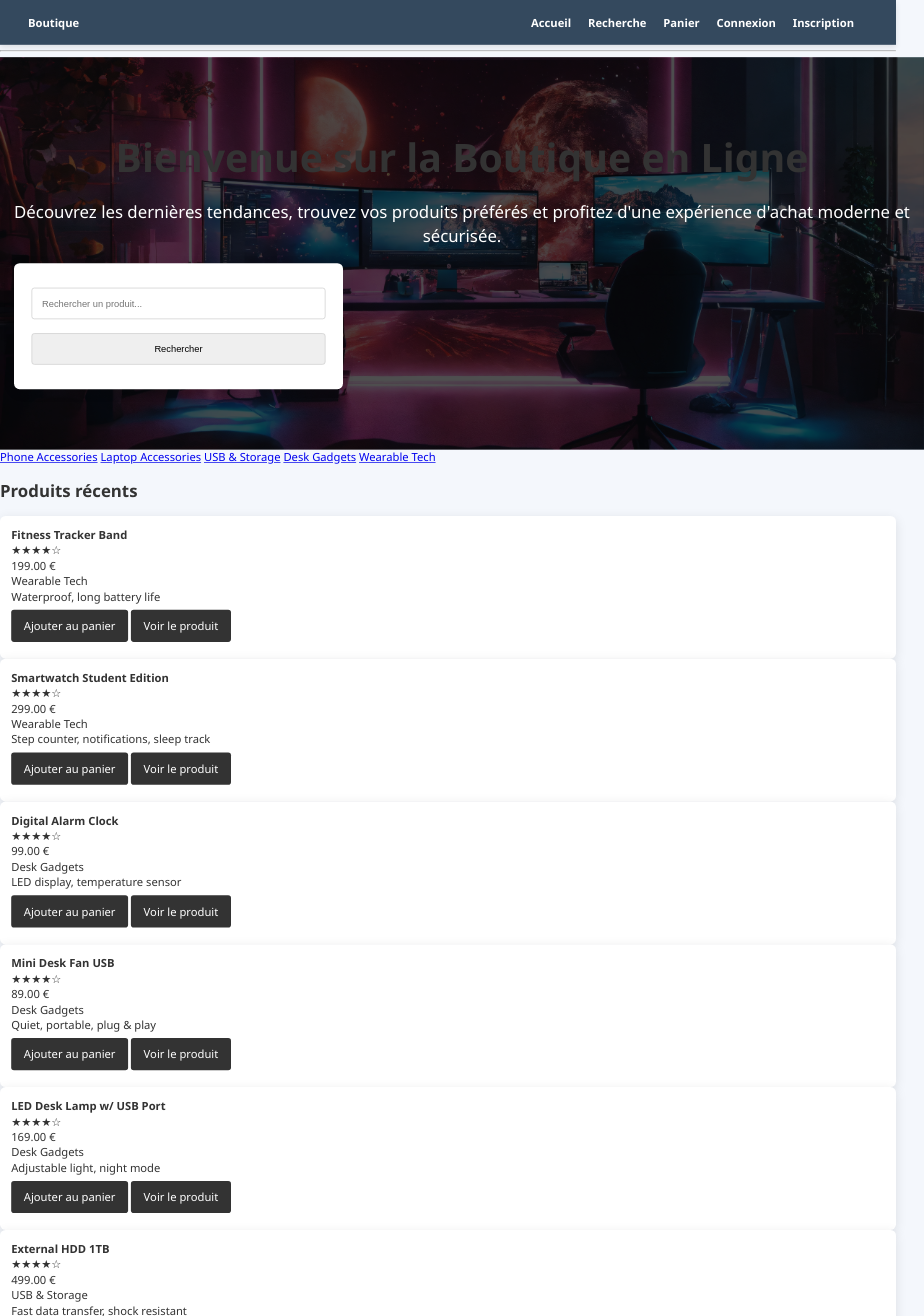
Repository: kiraj-walid/ecomerce
Page: http://localhost/
An editor plug-in stored every save of this project. The page is shown before and after the next save, followed by the edit.
The browser window is 1280 px wide. The page is 1320 px wide, so the pictures cover 1320 px, including what lies to the right of the window. The pictures show the part of the page from y = 0 to 1880 px (the page is 2527 px tall before and 1519 px after), at 70% of full size.
The page is run by PHP 8.4 with error messages shown; the project is at /var/www/html/. The database holds what the project's SQL file puts in it. Queries for data that is not in the repository find no rows.

Above is the page before, as saved 2025-05-07 15:01:16.

### index.php
<?php
require_once 'includes/db.php';
require_once 'includes/functions.php';
include 'includes/header.php';

// Récupérer les 8 derniers produits
$products = $pdo->query('SELECT * FROM produits ORDER BY id DESC LIMIT 8')->fetchAll();

// Fetch categories for quick filters
$categories = $pdo->query("SELECT DISTINCT categorie FROM produits WHERE categorie IS NOT NULL AND categorie != ''")->fetchAll(PDO::FETCH_COLUMN);
?>

<div class="hero-section">
    <img src="assets/images/landingpage.webp" alt="Boutique en Ligne" class="hero-bg-img">
    <div class="hero-overlay"></div>
    <div class="hero-content">
        <div class="hero-text">
            <h1>Bienvenue sur la Boutique en Ligne</h1>
            <p>Découvrez les dernières tendances, trouvez vos produits préférés et profitez d'une expérience d'achat moderne et sécurisée.</p>
        </div>
        <div class="hero-search">
            <form action="search.php" method="GET">
                <input type="text" name="q" placeholder="Rechercher un produit..." class="search-input">
                <button type="submit" class="hero-btn">Rechercher</button>
            </form>
        </div>
    </div>
</div>

<?php if (!empty($categories)) : ?>
<div class="category-filters">
    <?php foreach ($categories as $cat) : ?>
        <a href="search.php?category=<?= urlencode($cat) ?>" class="category-card"><?= htmlspecialchars($cat) ?></a>
    <?php endforeach; ?>
</div>
<?php endif; ?>

<h2 class="recent-products-title">Produits récents</h2>

<?php if (count($products) === 0) : ?>
    <p class="no-products">Aucun produit disponible.</p>
<?php else : ?>
    <div class="product-listing">
    <?php foreach ($products as $prod) : ?>
        <div class="product-card">
            <?php
            $stmt_imgs = $pdo->prepare('SELECT image FROM images_produit WHERE produit_id = ?');
            $stmt_imgs->execute([$prod['id']]);
            $images = $stmt_imgs->fetchAll(PDO::FETCH_COLUMN);
            ?>
            <div class="product-gallery">
                <?php if ($images && count($images) > 0): ?>
                    <span onclick="prevImg(<?= $prod['id'] ?>)" class="gallery-arrow gallery-arrow-left">
                        <svg width="24" height="24" viewBox="0 0 24 24"><polyline points="15 18 9 12 15 6" fill="none" stroke="#333" stroke-width="2" stroke-linecap="round" stroke-linejoin="round"/></svg>
                    </span>
                    <img src="assets/images/<?= htmlspecialchars($images[0]) ?>" alt="<?= htmlspecialchars($prod['nom']) ?>" id="main-img-<?= $prod['id'] ?>">
                    <span onclick="nextImg(<?= $prod['id'] ?>)" class="gallery-arrow gallery-arrow-right">
                        <svg width="24" height="24" viewBox="0 0 24 24"><polyline points="9 6 15 12 9 18" fill="none" stroke="#333" stroke-width="2" stroke-linecap="round" stroke-linejoin="round"/></svg>
                    </span>
                    <?php if (count($images) > 1): ?>
                        <script>
                        var imgs<?= $prod['id'] ?> = <?= json_encode($images) ?>;
                        var idx<?= $prod['id'] ?> = 0;
                        function nextImg(pid) {
                            if (window['idx'+pid] < window['imgs'+pid].length-1) window['idx'+pid]++;
                            else window['idx'+pid]=0;
                            document.getElementById('main-img-'+pid).src = 'assets/images/' + window['imgs'+pid][window['idx'+pid]];
                        }
                        function prevImg(pid) {
                            if (window['idx'+pid] > 0) window['idx'+pid]--;
                            else window['idx'+pid]=window['imgs'+pid].length-1;
                            document.getElementById('main-img-'+pid).src = 'assets/images/' + window['imgs'+pid][window['idx'+pid]];
                        }
                        window['imgs'+<?= $prod['id'] ?>] = imgs<?= $prod['id'] ?>;
                        window['idx'+<?= $prod['id'] ?>] = 0;
                        </script>
                    <?php endif; ?>
                <?php endif; ?>
            </div>
            <strong><?= htmlspecialchars($prod['nom']) ?></strong><br>
            <div class="product-rating">★★★★☆</div>
            <span><?= number_format($prod['prix'], 2) ?> €</span><br>
            <span><?= htmlspecialchars($prod['categorie']) ?></span><br>
            <div class="product-desc">
                <?= htmlspecialchars(mb_strimwidth($prod['description'], 0, 80, '...')) ?>
            </div>
            <a href="cart.php?add=<?= $prod['id'] ?>" class="add-to-cart-btn">Ajouter au panier</a>
            <a href="product.php?id=<?= $prod['id'] ?>" class="product-details-btn">Voir le produit</a>
        </div>
    <?php endforeach; ?>
    </div>
<?php endif; ?>

<?php include 'includes/footer.php'; ?>

### includes/db.php
<?php
// Connexion à la base de données
$host = 'localhost';
$db   = 'boutique';
$user = 'root';
$pass = '';
$charset = 'utf8mb4';

$dsn = "mysql:host=$host;dbname=$db;charset=$charset";
$options = [
    PDO::ATTR_ERRMODE            => PDO::ERRMODE_EXCEPTION,
    PDO::ATTR_DEFAULT_FETCH_MODE => PDO::FETCH_ASSOC,
    PDO::ATTR_EMULATE_PREPARES   => false,
];
try {
     $pdo = new PDO($dsn, $user, $pass, $options);
} catch (PDOException $e) {
     exit('Erreur de connexion à la base de données : ' . $e->getMessage());
}

### includes/functions.php
<?php
session_start();

function is_logged_in() {
    return isset($_SESSION['user_id']);
}

function is_admin() {
    return isset($_SESSION['role']) && $_SESSION['role'] === 'admin';
}

function redirect($url) {
    header('Location: ' . $url);
    exit();
}

### includes/header.php
<?php
require_once __DIR__ . '/functions.php';
?>
<!DOCTYPE html>
<html lang="fr">
<head>
    <meta charset="UTF-8">
    <title>Boutique en Ligne</title>
    <link rel="stylesheet" href="assets/css/style.css">
</head>
<body>
<nav class="navbar">
    <div class="navbar-container">
        <a href="index.php" class="navbar-logo">Boutique</a>
        <div class="navbar-links">
            <a href="index.php">Accueil</a>
            <a href="search.php">Recherche</a>
            <a href="cart.php">Panier</a>
            <?php if (is_logged_in()): ?>
                <?php if (is_admin()): ?>
                    <a href="admin/dashboard.php">Admin</a>
                <?php else: ?>
                    <a href="profile.php">Mon Profil</a>
                <?php endif; ?>
                <a href="logout.php" class="logout">Déconnexion</a>
            <?php else: ?>
                <a href="login.php">Connexion</a>
                <a href="register.php">Inscription</a>
            <?php endif; ?>
        </div>
    </div>
</nav>
<hr>

### includes/footer.php
<hr>
<footer>
    <p>&copy; <?php echo date('Y'); ?> Boutique en Ligne</p>
</footer>
</body>
</html>

### assets/css/style.css
body {
    font-family: 'Segoe UI', sans-serif;
    background-color: #f4f7fc; /* Slightly lighter background */
    margin: 0;
    padding: 0;
    overflow-x: hidden;
    color: #333;
  }

  nav {
    background-color: #2c3e50; /* Darker navbar for contrast */
    color: #fff;
    padding: 15px;
    box-shadow: 0 4px 8px rgba(0, 0, 0, 0.1);
  }

  nav a {
    color: #fff;
    margin-right: 20px;
    text-decoration: none;
    font-weight: 600;
    transition: color 0.3s ease;
  }

  nav a:hover {
    color: #f39c12; /* Gold highlight on hover */
  }

  h1, h2 {
    color: #333;
  }

  form {
    background-color: #fff;
    padding: 25px;
    margin: 20px 0;
    border-radius: 8px;
    max-width: 420px;
    box-shadow: 0px 4px 16px rgba(0, 0, 0, 0.1);
  }

  input, button {
    margin: 10px 0;
    padding: 14px;
    width: 100%;
    box-sizing: border-box;
    border-radius: 4px;
    border: 1px solid #ccc;
  }

  footer {
    text-align: center;
    color: #888;
    font-size: 0.9em;
    margin: 40px 0;
    padding: 10px;
    background-color: #2c3e50;
    color: #fff;
  }

  .navbar {
    background-color: #34495e;
    color: #fff;
    padding: 0;
    box-shadow: 0px 4px 8px rgba(0, 0, 0, 0.1);
  }

  .navbar-container {
    max-width: 1200px;
    margin: 0 auto;
    display: flex;
    align-items: center;
    justify-content: space-between;
    padding: 0 24px;
    height: 64px;
  }

  .hero-section {
    position: relative;
    width: 100%;
    min-height: 480px;
    display: flex;
    align-items: center;
    justify-content: center;
    background-color: #1a1d21;
    color: #fff;
    padding: 40px 20px;
    text-align: center;
  }

  .hero-bg-img {
    position: absolute;
    width: 100%;
    height: 100%;
    object-fit: cover;
    z-index: 1;
    opacity: 0.75;
  }

  .hero-overlay {
    position: absolute;
    width: 100%;
    height: 100%;
    background-color: rgba(0, 0, 0, 0.6);
    z-index: 2;
  }

  .hero-content {
    position: relative;
    z-index: 3;
  }

  .hero-text h1 {
    font-size: 3.5em;
    margin-bottom: 16px;
    font-weight: bold;
  }

  .hero-text p {
    font-size: 1.5em;
    margin-bottom: 24px;
  }

  /* .hero-search {
    display: flex;
    align-items: center;
    background-color: #fff;
    border-radius: 50px;
    box-shadow: 0 2px 12px rgba(0, 0, 0, 0.1);
    width: 80%;
    max-width: 600px;
    margin: 16px auto;
    padding: 6px;
  }

  .hero-search input {
    flex: 1;
    padding: 14px 20px;
    border: none;
    border-radius: 50px 0 0 50px;
    outline: none;
    font-size: 1.1em;
    font-weight: 600;
  }

  .hero-search button {
    padding: 14px 30px;
    border: none;
    background-color: #f39c12; /* Bright yellow button */
    color: #fff;
    border-radius: 0 50px 50px 0;
    cursor: pointer;
    font-weight: bold;
    font-size: 1.1em;
  }

  .hero-search button:hover {
    background-color: #e67e22;
  } */

  .product-listing {
    display: grid;
    grid-template-columns: repeat(auto-fill, minmax(280px, 1fr));
    gap: 30px;
    padding: 20px;
  }

  .product-card {
    background-color: #fff;
    padding: 16px;
    border-radius: 8px;
    box-shadow: 0px 4px 16px rgba(0, 0, 0, 0.1);
    transition: transform 0.3s ease, box-shadow 0.3s ease;
  }

  .product-card:hover {
    transform: translateY(-6px);
    box-shadow: 0px 8px 24px rgba(0, 0, 0, 0.15);
  }

  .product-gallery img {
    width: 100%;
    height: auto;
    border-radius: 6px;
    margin-bottom: 8px;
  }

  .add-to-cart-btn, .product-details-btn {
    display: inline-block;
    padding: 12px 18px;
    margin: 8px 0;
    background-color: #333;
    color: #fff;
    text-decoration: none;
    border-radius: 4px;
    transition: background-color 0.3s ease;
  }

  .add-to-cart-btn:hover, .product-details-btn:hover {
    background-color: #555;
  }

  /* Responsive adjustments */
  @media screen and (max-width: 768px) {
    .navbar-container {
      flex-direction: column;
      align-items: flex-start;
    }

    .hero-text h1 {
      font-size: 2.5em;
    }

    .hero-text p {
      font-size: 1.2em;
    }

    .hero-search {
      flex-direction: column;
      width: 100%;
    }

    .hero-search input, .hero-search button {
      width: 100%;
      margin-bottom: 10px;
    }
  }

### sql/schema.sql (the tables this page reads)
CREATE TABLE IF NOT EXISTS produits (
    id INT AUTO_INCREMENT PRIMARY KEY,
    nom VARCHAR(100),
    description TEXT,
    prix DECIMAL(10,2),
    categorie VARCHAR(50),
    image VARCHAR(255)
);

INSERT INTO produits (nom, prix, description, categorie) VALUES
('Silicone Phone Case', 39, 'Ultra-thin, shockproof, multiple colors', 'Phone Accessories'),
('Wireless Earbuds', 129, 'Bluetooth 5.0, 4h battery life', 'Phone Accessories'),
('Magnetic Phone Holder', 49, 'For car or desk, 360° rotation', 'Phone Accessories'),
('Fast Charging Cable (Type-C)', 29, 'Braided, durable, 1.5m length', 'Phone Accessories');

INSERT INTO produits (nom, prix, description, categorie) VALUES
('Laptop Cooling Pad', 139, '5 silent fans, adjustable tilt angles', 'Laptop Accessories'),
('Wireless Mouse', 79, 'Compact, USB receiver included', 'Laptop Accessories'),
('Laptop Stand Adjustable', 99, 'Foldable aluminum design', 'Laptop Accessories');

INSERT INTO produits (nom, prix, description, categorie) VALUES
('USB Drive 64GB', 75, 'USB 3.0, metal body', 'USB & Storage'),
('External HDD 1TB', 499, 'Fast data transfer, shock resistant', 'USB & Storage');

INSERT INTO produits (nom, prix, description, categorie) VALUES
('LED Desk Lamp w/ USB Port', 169, 'Adjustable light, night mode', 'Desk Gadgets'),
('Mini Desk Fan USB', 89, 'Quiet, portable, plug & play', 'Desk Gadgets'),
('Digital Alarm Clock', 99, 'LED display, temperature sensor', 'Desk Gadgets');

INSERT INTO produits (nom, prix, description, categorie) VALUES
('Smartwatch Student Edition', 299, 'Step counter, notifications, sleep track', 'Wearable Tech'),
('Fitness Tracker Band', 199, 'Waterproof, long battery life', 'Wearable Tech');

After the next save:
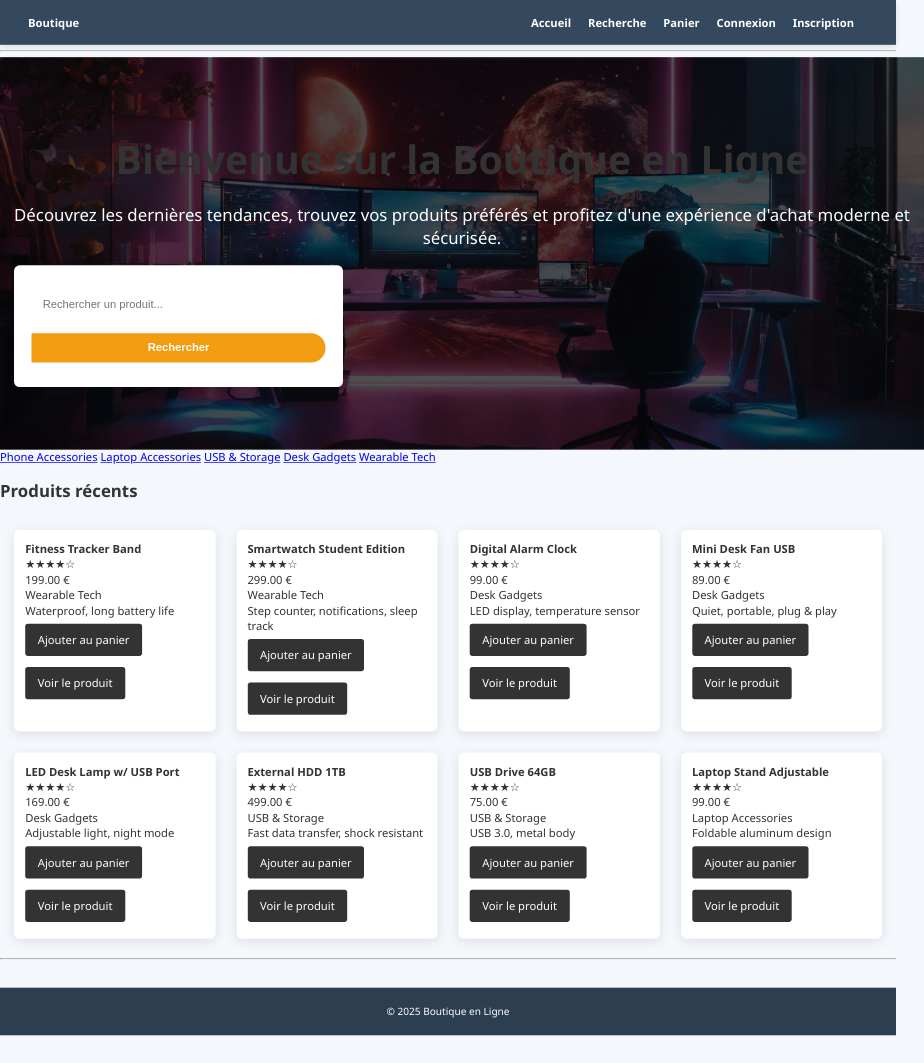
Saved 4 s later.
--- a/assets/css/style.css
+++ b/assets/css/style.css
@@ -157,6 +157,41 @@ body {
   .hero-search button:hover {
     background-color: #e67e22;
   } */
+  .hero-search {
+    display: flex;
+    align-items: center;
+    background-color: #fff;
+    border-radius: 32px;
+    box-shadow: 0 2px 12px rgba(0, 0, 0, 0.1);
+    width: 80%;
+    max-width: 450px; /* Reduced max-width */
+    margin: 16px auto;
+    padding: 6px;
+  }
+
+  .hero-search input {
+    flex: 1;
+    padding: 12px 16px; /* Reduced padding */
+    border: none;
+    border-radius: 32px 0 0 32px;
+    outline: none;
+    font-size: 1em;
+  }
+
+  .hero-search button {
+    padding: 12px 20px; /* Reduced padding */
+    border: none;
+    background-color: #f39c12;
+    color: #fff;
+    border-radius: 0 32px 32px 0;
+    cursor: pointer;
+    font-weight: bold;
+    font-size: 1em;
+  }
+
+  .hero-search button:hover {
+    background-color: #e67e22;
+  }
 
   .product-listing {
     display: grid;
